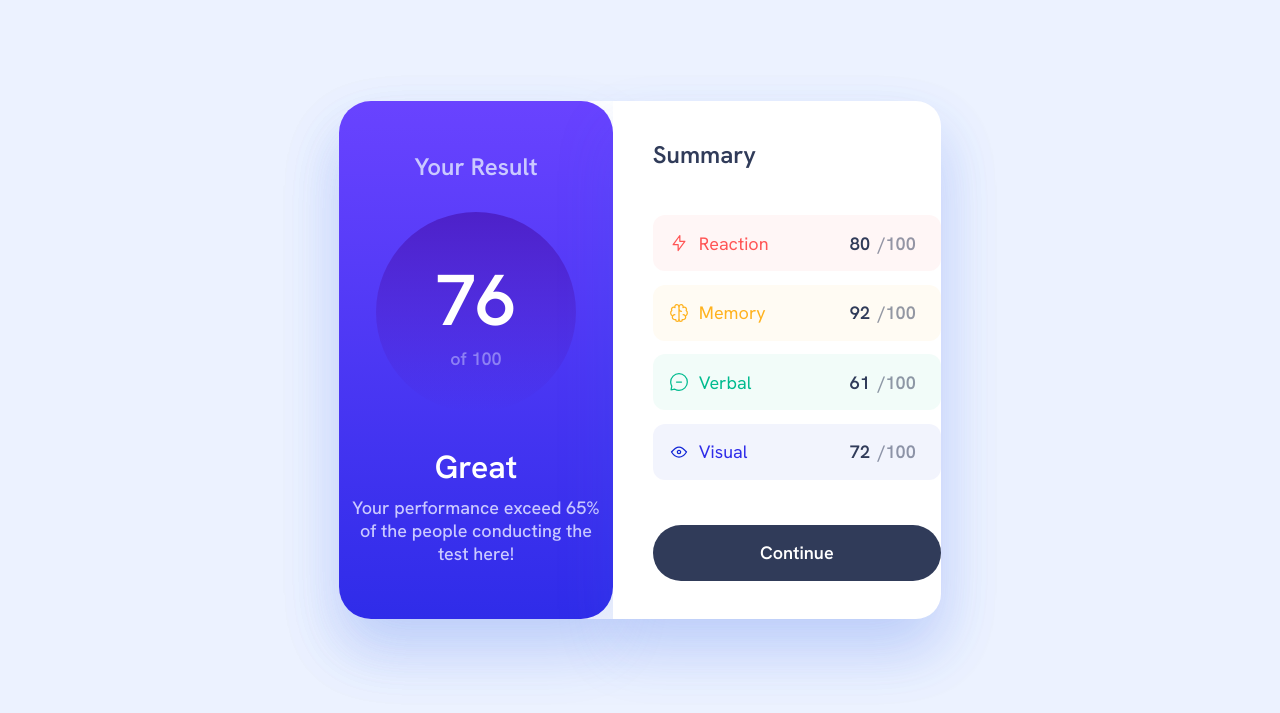
Repository: KamoliddinGIT/result-summary
Page: index.html
An editor plug-in stored every save of this project. The page is shown before and after the next save, followed by the edit.
The browser window is 1280 px wide. The pictures show the whole page.

Above is the page before, as saved 2023-09-08 17:00:06.

### index.html
<!DOCTYPE html>
<html lang="en">
  <head>
    <meta charset="UTF-8" />
    <meta name="viewport" content="width=device-width, initial-scale=1.0" />
    <link
      rel="icon"
      type="image/png"
      sizes="32x32"
      href="./assets/images/favicon-32x32.png"
    />
    <link rel="stylesheet" href="css/style.css" />
    <link rel="preconnect" href="https://fonts.googleapis.com" />
    <link rel="preconnect" href="https://fonts.gstatic.com" crossorigin />
    <link
      href="https://fonts.googleapis.com/css2?family=Hanken+Grotesk:wght@400;500;600&display=swap"
      rel="stylesheet"
    />
    <title>Results summary component</title>
  </head>
  <body>
    <div class="container">
      <div class="result-box">
        <h1 class="result__heading">Your Result</h1>
        <div class="result__score">
          <h1>76</h1>
          <span>of 100</span>
        </div>
        <div class="result__comment">
          <h1>Great</h1>
          <p>
            Your performance exceed 65% of the people conducting the test here!
          </p>
        </div>
      </div>
      <div class="summary-box">
        <h1 class="summary__title">Summary</h1>
        <div class="summary__stats">
          <li class="summary__stats__item__1">
            <img src="./assets/images/icon-reaction.svg" alt="logo" />
            <h2>Reaction</h2>
            <h3>80<span>/100</span></h3>
          </li>
          <li class="summary__stats__item__2">
            <img src="./assets/images/icon-memory.svg" alt="logo" />
            <h2>Memory</h2>
            <h3>92<span>/100</span></h3>
          </li>
          <li class="summary__stats__item__3">
            <img src="./assets/images/icon-verbal.svg" alt="logo" />
            <h2>Verbal</h2>
            <h3>61<span>/100</span></h3>
          </li>
          <li class="summary__stats__item__4">
            <img src="/assets/images/icon-visual.svg" alt="logo" />
            <h2>Visual</h2>
            <h3>72<span>/100</span></h3>
          </li>
        </div>
        <a href="#" class="summary__btn"> Continue </a>
      </div>
    </div>

    <script src="js/index.js"></script>
  </body>
</html>

### css/style.css
* {
  margin: 0;
  padding: 0;
  box-sizing: border-box;
}

body {
  display: flex;
  flex-direction: column;
  justify-content: center;
  align-items: center;
  height: 100vh;
  flex-direction: column;
  padding: 0;
  margin: 0;
  font-family: "Hanken Grotesk", "Arial", sans-serif;
  font-size: 18px;
  font-weight: 500;
  line-height: normal;
  background-color: #ecf2ff;
  color: #303b59;
}

.container {
  width: 47%;
  max-width: 1200px;
  display: flex;
  justify-content: center;
  align-items: center;
  height: 72%;
  background-color: #ffffff;
  box-shadow: 0px 30px 60px 0px rgba(61, 108, 236, 0.15);
  border-radius: 32px;
}

.result-box {
  width: 50%;
  max-width: 368px;
  min-height: 100%;
  border-radius: 32px;
  box-shadow: 0px 30px 60px 0px rgba(61, 108, 236, 0.15);
  background-image: linear-gradient(
    180deg,
    #75f 0%,
    #6943ff 0.01%,
    #2f2ce9 100%
  );
  color: #cac9ff;
  box-shadow: 0px 30px 60px 0px rgba(61, 108, 236, 0.15);
  display: flex;

  flex-direction: column;
  align-items: center;
  justify-content: center;
  font-family: "Hanken Grotesk", "Arial", sans-serif;
  gap: 30px;
}

.summary-box {
  display: flex;
  flex-direction: column;
  align-items: start;
  padding-left: 40px;
  justify-content: space-evenly;
  background: #fff;
  width: 50%;
  min-height: 100%;
  border-radius: 0 25px 25px 0;
  box-shadow: 0px 30px 60px 0px rgba(61, 108, 236, 0.15);
}

.result__heading {
  font-size: 24px;
}

.result__score {
  display: flex;
  flex-direction: column;
  justify-content: center;
  align-items: center;
  width: 200px;
  height: 200px;
  border-radius: 50%;
  background-image: linear-gradient(
    180deg,
    #4d21c9 0%,
    rgba(37, 33, 201, 0) 100%,
    rgba(37, 33, 201, 0) 100%
  );
}

.result__score h1 {
  font-size: 72px;
  color: #ffffff;
}

.result__score span {
  color: #cac9ff;
  font-weight: 700;
  opacity: 0.5168;
  font-size: 18px;
}

.result__comment {
  display: flex;
  justify-content: space-around;
  align-items: center;
  flex-direction: column;
  text-align: center;
  width: 260px;
  height: 127px;
}

.result__comment h1 {
  font-size: 32px;
  color: #ffffff;
}

.result__comment p {
  font-size: 18px;
  color: #cac9ff;
  font-weight: 500;
  line-height: normal;
}

.summary__title {
  color: #303b59;
  font-size: 24px;
  font-weight: bold;
}

.summary__stats {
  width: 288px;
  height: 278px;
  display: flex;
  flex-direction: column;
  justify-content: space-around;
  align-items: start;
  list-style-type: none;
}

.summary__stats__item__1 {
  width: 100%;
  display: flex;
  gap: 10px;
  align-items: center;
  height: 56px;
  padding: 16px;
  background: rgba(255, 85, 85, 0.05);
  border-radius: 12px;
}

.summary__stats__item__1 h2 {
  width: 141px;
  font-size: 18px;
  color: #f55;
  font-weight: normal;
}

.summary__stats__item__1 h3 span {
  opacity: 0.5168;
  font-weight: bold;
  color: rgba(48, 59, 89, 0.5);
  font-size: 18px;
  color: #303b59;
  margin-left: 8px;
}

.summary__stats__item__1 h3 {
  color: #303b59;
  font-weight: bold;
  font-size: 18px;
}

.summary__stats__item__2 {
  width: 100%;
  display: flex;
  gap: 10px;
  align-items: center;
  height: 56px;
  padding: 16px;
  background: rgba(255, 178, 30, 0.05);
  border-radius: 12px;
}

.summary__stats__item__2 h2 {
  width: 141px;
  font-size: 18px;
  color: #ffb21e;
  font-weight: normal;
}

.summary__stats__item__2 h3 span {
  opacity: 0.5168;
  font-weight: bold;
  color: rgba(48, 59, 89, 0.5);
  font-size: 18px;
  color: #303b59;
  margin-left: 8px;
}

.summary__stats__item__2 h3 {
  color: #303b59;
  font-weight: bold;
  font-size: 18px;
}

.summary__stats__item__3 {
  width: 100%;
  display: flex;
  gap: 10px;
  align-items: center;
  height: 56px;
  padding: 16px;
  background: rgba(0, 187, 143, 0.05);
  border-radius: 12px;
}

.summary__stats__item__3 h2 {
  font-size: 18px;
  color: #00bb8f;
  font-weight: normal;
  width: 141px;
}

.summary__stats__item__3 h3 span {
  opacity: 0.5168;
  font-weight: bold;
  color: rgba(48, 59, 89, 0.5);
  font-size: 18px;
  color: #303b59;
  margin-left: 8px;
}

.summary__stats__item__3 h3 {
  color: #303b59;
  font-weight: bold;
  font-size: 18px;
}

.summary__stats__item__4 {
  width: 100%;
  display: flex;
  gap: 10px;
  align-items: center;
  height: 56px;
  padding: 16px;
  background: rgba(17, 37, 214, 0.05);
  border-radius: 12px;
}

.summary__stats__item__4 h2 {
  width: 141px;
  font-size: 18px;
  color: #2f2ce9;
  font-weight: normal;
}

.summary__stats__item__4 h3 span {
  opacity: 0.5168;
  font-weight: bold;
  color: rgba(48, 59, 89, 0.5);
  font-size: 18px;
  color: #303b59;
  margin-left: 8px;
}

.summary__stats__item__4 h3 {
  color: #303b59;
  font-weight: bold;
  font-size: 18px;
}

.summary__btn {
  width: 288px;
  height: 56px;
  border-radius: 128px;
  background: #303b59;
  display: flex;
  justify-content: center;
  align-items: center;
  text-decoration: none;
  color: white;
  font-weight: bold;
}

.summary__btn:hover {
  background: linear-gradient(180deg, #75f 0%, #6943ff 0.01%, #2f2ce9 100%);
  content: "";
  transition: opacity ease 0.3s;
}

.summary__btn:active {
  outline: 2px solid white;
  border: 2px solid white;
}

/* media */

@media only screen and (max-width: 740px) {
  /* body {
    padding: 50px;
    align-items: center;
  } */

  .container {
    flex-direction: column;
    width: 100%;
    max-width: 368px;
  }

  .result-box {
    padding: 15px;
    width: 100%;
    margin-top: 350px;
    max-width: 100%;
    box-shadow: 0px 30px 60px 0px rgba(61, 108, 236, 0.15);
  }

  .summary-box {
    /* margin-top: 350px; */
    border-radius: 0;
    background: #fff;
    width: 100%;
    max-width: 100%;
    height: 507px;
  }
}

@media only screen and (min-width: 740px) {
  .container {
    max-width: 1200px;
  }
  .result-box {
    width: 100%;
    max-width: 100%;
  }
  .summary-box {
    width: 100%;
    max-width: 100%;
  }
}

### js/index.js
"use strict";

const data = [
  {
    category: "Reaction",
    score: 80,
    icon: "img/icon-reaction.svg",
  },
  {
    category: "Memory",
    score: 92,
    icon: "img/icon-memory.svg",
  },
  {
    category: "Verbal",
    score: 61,
    icon: "img/icon-verbal.svg",
  },
  {
    category: "Visual",
    score: 72,
    icon: "img/icon-visual.svg",
  },
];

After the next save:
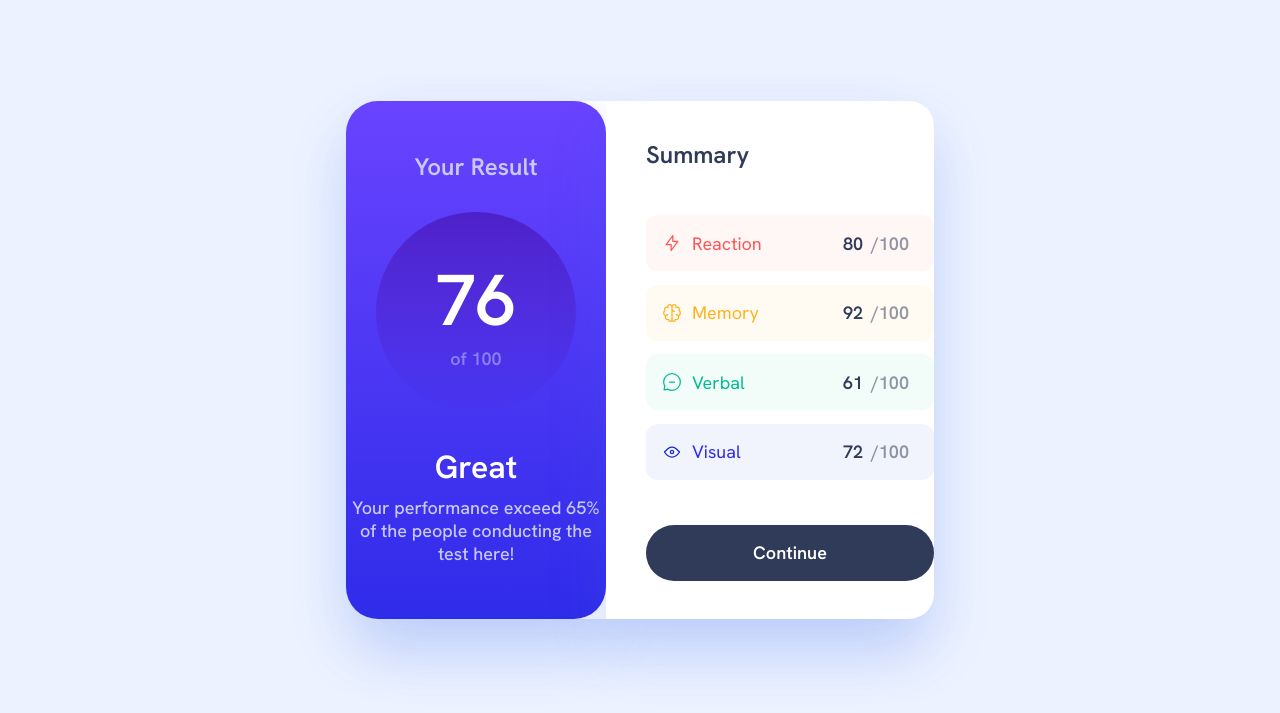
Saved 5 s later.
--- a/css/style.css
+++ b/css/style.css
@@ -329,7 +329,7 @@
 
 @media only screen and (min-width: 740px) {
   .container {
-    max-width: 1200px;
+    max-width: 560px;
   }
   .result-box {
     width: 100%;

After the save that followed:
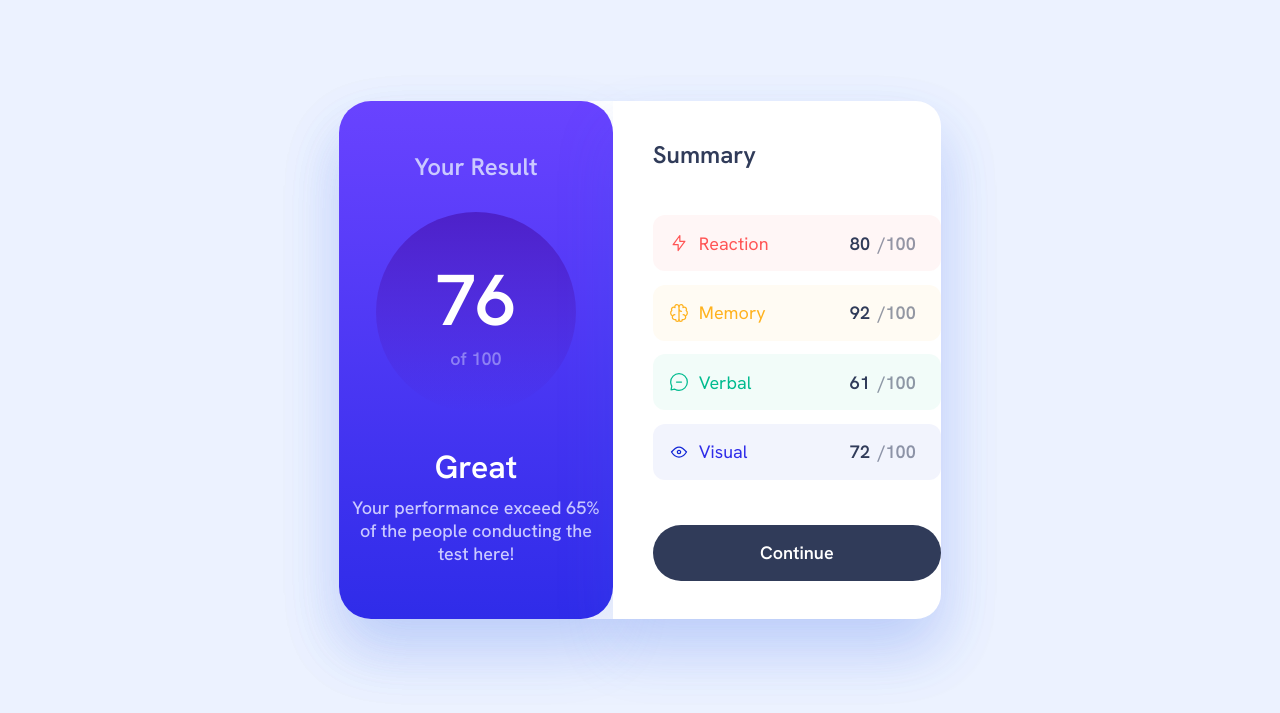
Saved 6 s later.
--- a/css/style.css
+++ b/css/style.css
@@ -329,7 +329,7 @@
 
 @media only screen and (min-width: 740px) {
   .container {
-    max-width: 560px;
+    max-width: 1300px;
   }
   .result-box {
     width: 100%;
